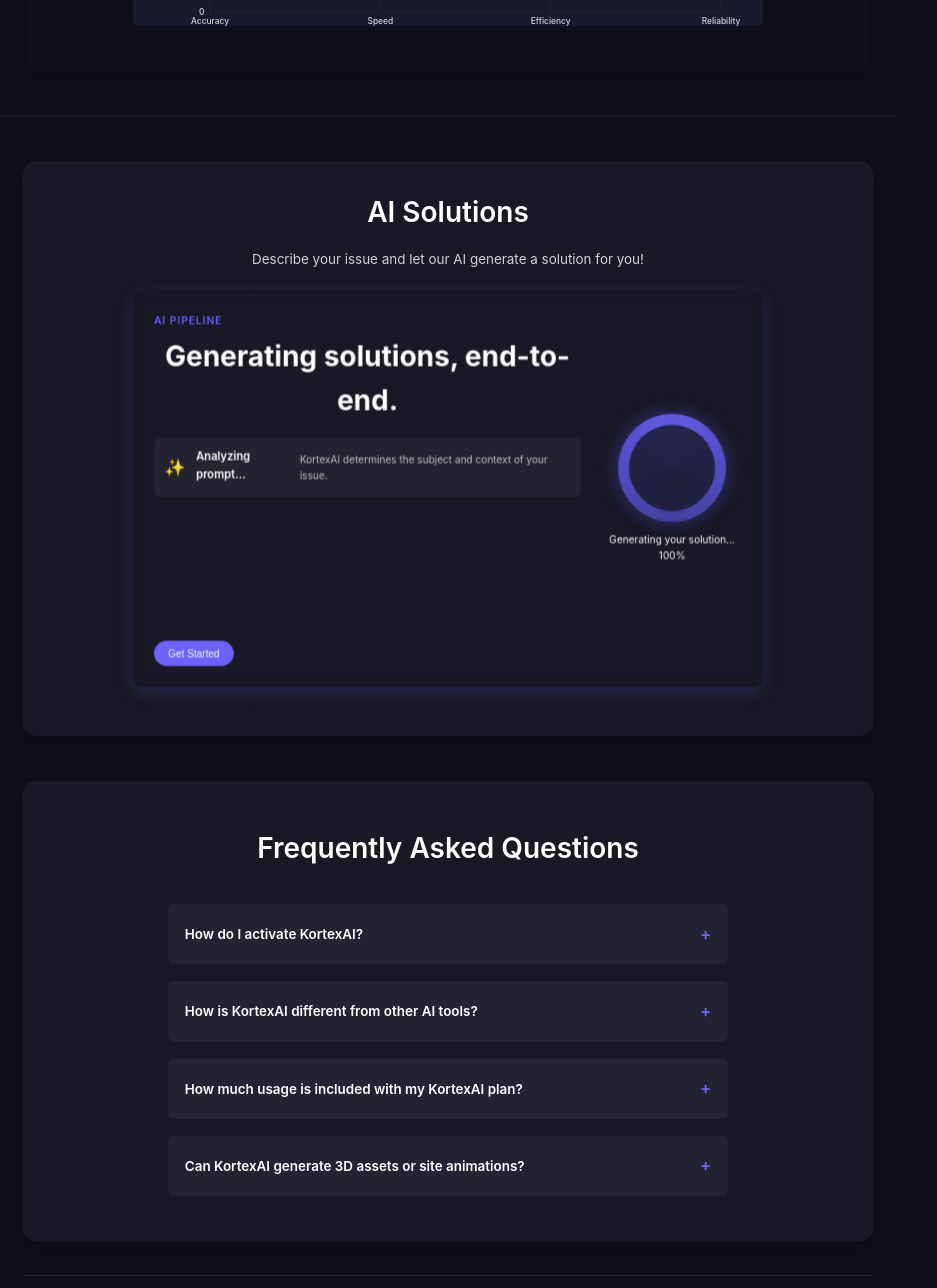
Repository: Rayyy-dev/Kortex-AI
Page: /
These files come from the project's save history. The page is drawn as it stood at one moment and after a run of saves; the edit follows.
The browser window is 1280 px wide. The page is 1338 px wide, so the pictures cover 1338 px, including what lies to the right of the window. The pictures show the part of the page from y = 1238 to 3078 px (the page is 3569 px tall before and 3621 px after), at 70% of full size.
The project was rebuilt for these pictures with package versions that can differ from the ones it lists, and the page was loaded fresh each time.

Above is the page before, as saved 2024-10-15 21:06:23.

After the next 2 saves:
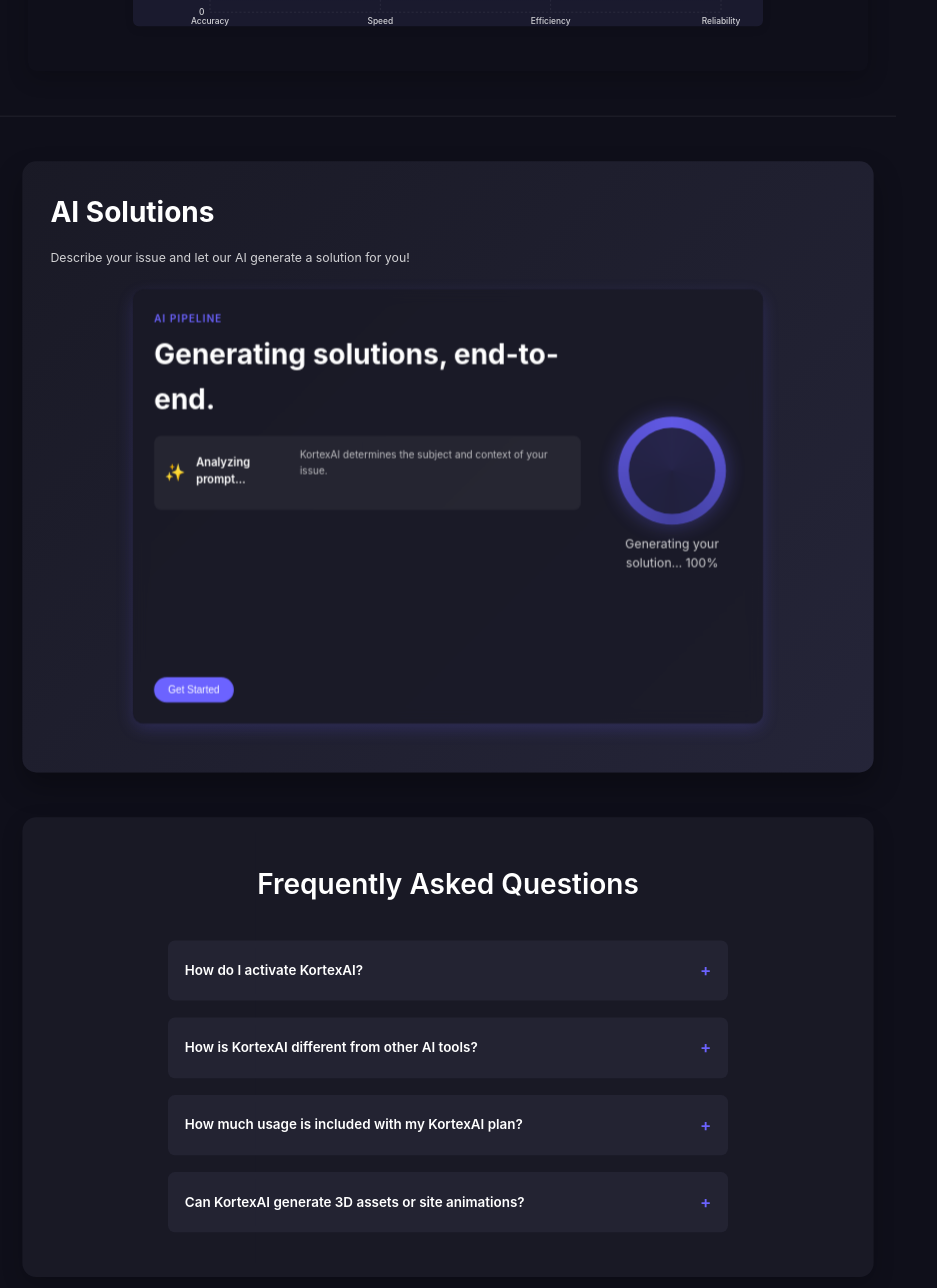
The 2 saves are shown as one change because they came seconds apart.
The last was saved 81 s later.
--- a/src/App.css
+++ b/src/App.css
@@ -516,27 +516,104 @@
 
 /* AI Solution Box Styles */
 .ai-solution-box {
-  background-color: rgba(26, 26, 38, 0.95);
+  background: linear-gradient(135deg, rgba(26, 26, 38, 0.95), rgba(38, 38, 58, 0.95));
   border-radius: 20px;
   padding: 40px;
   width: 100%;
-  box-shadow: 0 10px 30px rgba(0, 0, 0, 0.2);
+  box-shadow: 0 20px 40px rgba(0, 0, 0, 0.3);
   color: var(--text-color);
   margin: 0 auto;
+}
+
+.ai-solution-content {
+  display: flex;
+  justify-content: space-between;
+  align-items: flex-start;
+}
+
+.ai-solution-text {
+  flex: 1;
+  padding-right: 40px;
 }
 
 .ai-solution-box h2 {
   font-size: 2.5rem;
   margin-bottom: 20px;
-  color: var(--text-color);
-  text-align: center;
-}
-
-.ai-solution-box > p {
-  font-size: 1.2rem;
+  color: #ffffff;
+  font-weight: 700;
+}
+
+.ai-solution-box p {
+  font-size: 1.1rem;
   margin-bottom: 30px;
-  text-align: center;
   color: rgba(255, 255, 255, 0.8);
+  line-height: 1.6;
+}
+
+.solution-output {
+  background: rgba(255, 255, 255, 0.05);
+  border-radius: 12px;
+  padding: 25px;
+  margin-top: 30px;
+  position: relative;
+  overflow: hidden;
+}
+
+.solution-output::before {
+  content: '';
+  position: absolute;
+  top: 0;
+  left: 0;
+  right: 0;
+  height: 4px;
+  background: linear-gradient(90deg, #4a4af0, #6c63ff);
+}
+
+.solution-output p {
+  color: #ffffff;
+  font-size: 1rem;
+  line-height: 1.8;
+  margin-bottom: 0;
+}
+
+.ai-visual {
+  flex: 0 0 250px;
+  height: 250px;
+  background: conic-gradient(from 0deg, #4a4af0, #6c63ff, #4a4af0);
+  border-radius: 50%;
+  display: flex;
+  justify-content: center;
+  align-items: center;
+  position: relative;
+  overflow: hidden;
+  box-shadow: 0 10px 30px rgba(74, 74, 240, 0.3);
+}
+
+.ai-visual::before {
+  content: '';
+  position: absolute;
+  width: 90%;
+  height: 90%;
+  background: rgba(26, 26, 38, 0.9);
+  border-radius: 50%;
+}
+
+.ai-visual::after {
+  content: 'AI';
+  position: relative;
+  font-size: 3rem;
+  font-weight: bold;
+  color: #4a4af0;
+}
+
+@keyframes pulse {
+  0% { transform: scale(1); opacity: 0.8; }
+  50% { transform: scale(1.05); opacity: 1; }
+  100% { transform: scale(1); opacity: 0.8; }
+}
+
+.ai-visual {
+  animation: pulse 3s infinite ease-in-out;
 }
 
 /* AI Pipeline Section */
